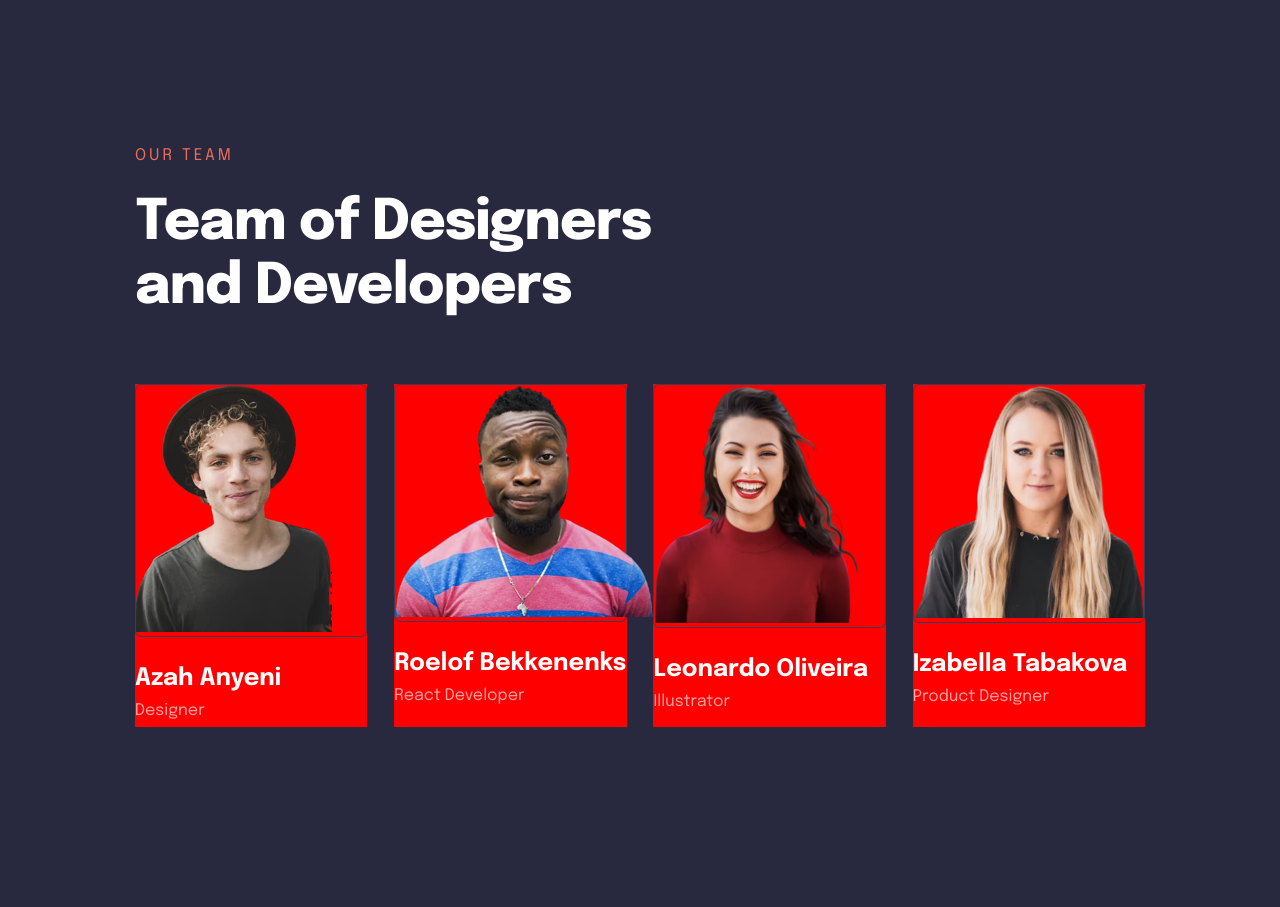
Repository: MehdiKerimov/Figma-task-10
Page: pages/teamPage/index.html
The author's editor kept a copy of each file at every save. The page is drawn from the files as they stood at one save, then again after the next save.
The browser window is 1280 px wide. The pictures show the whole page.

Above is the page before, as saved 2023-09-09 15:25:14.

### pages/teamPage/index.html
<!DOCTYPE html>
<html lang="en">
  <head>
    <meta charset="UTF-8" />
    <meta name="viewport" content="width=device-width, initial-scale=1.0" />
    <title>Document</title>
    <link rel="stylesheet" href="index.css" />
  </head>
  <body>
    <div class="container">
      <div class="text-box">
        <h1>Our Team</h1>
        <h2>Team of Designers and Developers</h2>
      </div>
      <ul>
        <li>
          <div>
            <img src="/images/Bitmap.png" alt="" />
          </div>
          <p>Azah Anyeni</p>
          <a href="#">Designer</a>
        </li>

        <li>
          <div>
            <img src="/images/Bitmap (3).png" alt="" />

          </div>
          <p>Roelof Bekkenenks</p>
          <a href="#">React Developer</a>
        </li>

        <li>
          <div>
            <img src="/images/Bitmap (4).png" alt="" />

          </div>
          <p>Leonardo Oliveira</p>
          <a href="#">Illustrator</a>
        </li>
        <li>
          <div>          <img src="/images/Bitmap (5).png" alt="" />
          </div>
          <p>Izabella Tabakova</p>

          <a href="#">Product Designer</a>
        </li>
      </ul>
    </div>
  </body>
</html>

### pages/teamPage/index.css
@import url("https://fonts.googleapis.com/css2?family=Epilogue:wght@400;700;800&display=swap");
* {
  padding: 0px;
  margin: 0px;
  box-sizing: border-box;
}
.container {
  padding: 140px 135px 180px 135px;
  min-height: 100vh;
  background: #28293e;
}
.container .text-box h1 {
  color: var(--Text_Light_Accent, #ef6d58);
  font-feature-settings: "clig" off, "liga" off;
  font-family: Epilogue;
  font-size: 16px;
  font-style: normal;
  font-weight: 400;
  line-height: 32px;
  letter-spacing: 3px;
  text-transform: uppercase;
}
.container .text-box h2 {
  margin-top: 20px;
  width: 531px;
  color: var(--Text_Light, #fff);
  font-feature-settings: "clig" off, "liga" off;
  font-family: Epilogue;
  font-size: 56px;
  font-style: normal;
  font-weight: 800;
  line-height: 64px;
  letter-spacing: -1px;
}
.container ul {
  display: flex;
  justify-content: space-between;
}
.container ul li {
  width: 23%;
  margin-top: 64px;
  list-style-type: none;
  background-color: red;
}
.container ul li:first-child img {
  width: 196px;
  height: 247px;
}
.container ul li:first-child img {
}
  .container ul li:first-child img {
  }
    .container ul li:first-child img {
    }

.container ul li div{
  width: 100%;
  border-radius: 6px;
border: 1px solid #3A3C56;
}
.container ul li p {
  margin-top: 26px;
  color: var(--Text_Light, #fff);
  font-feature-settings: "clig" off, "liga" off;
  font-family: Epilogue;
  font-size: 24px;
  font-style: normal;
  font-weight: 700;
  line-height: 32px;
}
.container ul li a {
  text-decoration: none;
  color: var(--Text_Light_Gray, rgba(255, 255, 255, 0.64));
  font-feature-settings: "clig" off, "liga" off;
  font-family: Epilogue;
  font-size: 16px;
  font-style: normal;
  font-weight: 400;
  line-height: 32px;
}

After the next save:
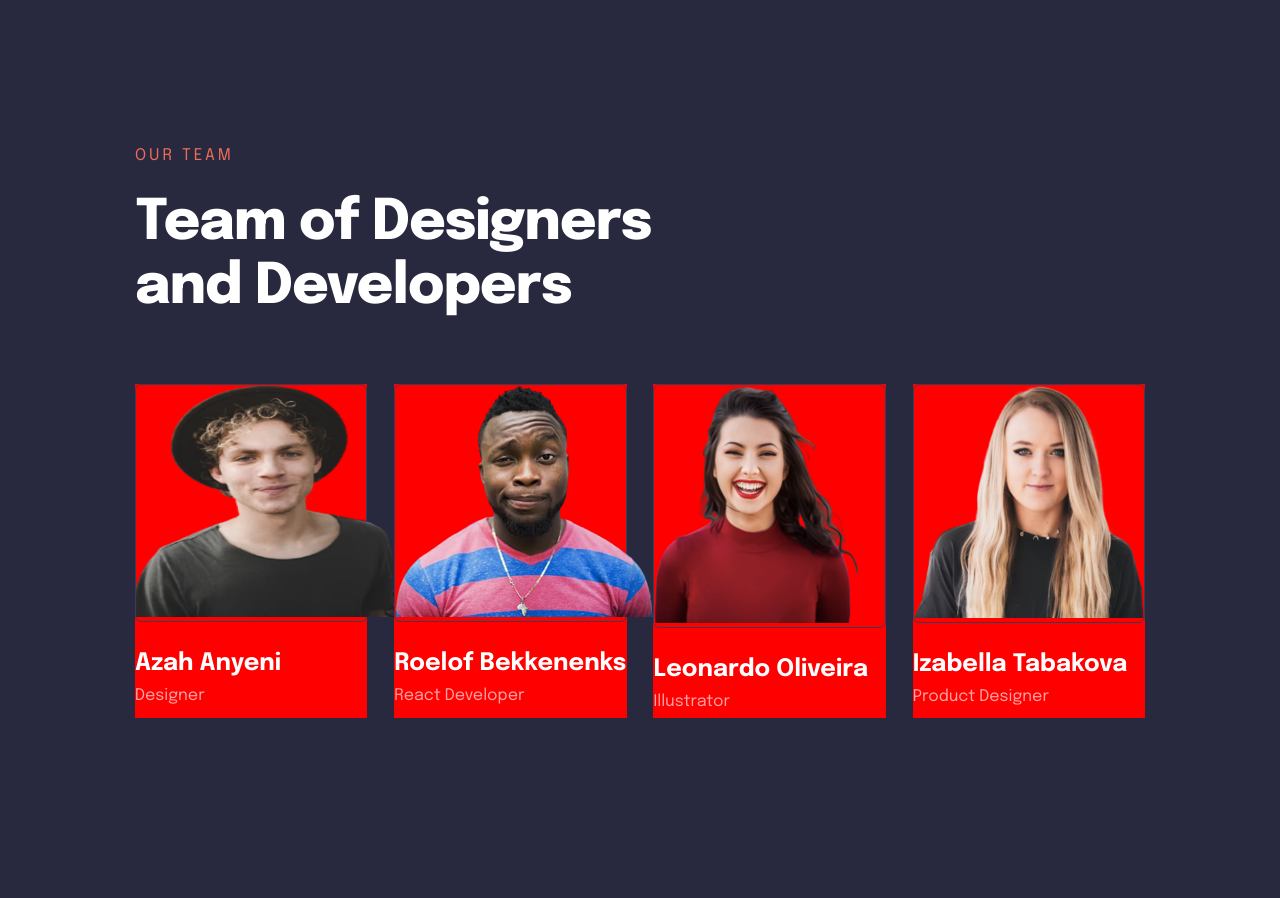
Saved 20 s later.
--- a/pages/teamPage/index.css
+++ b/pages/teamPage/index.css
@@ -47,6 +47,8 @@
   height: 247px;
 }
 .container ul li:first-child img {
+  width: 259px;
+  height: 232px;
 }
   .container ul li:first-child img {
   }

After the 3 saves that followed:
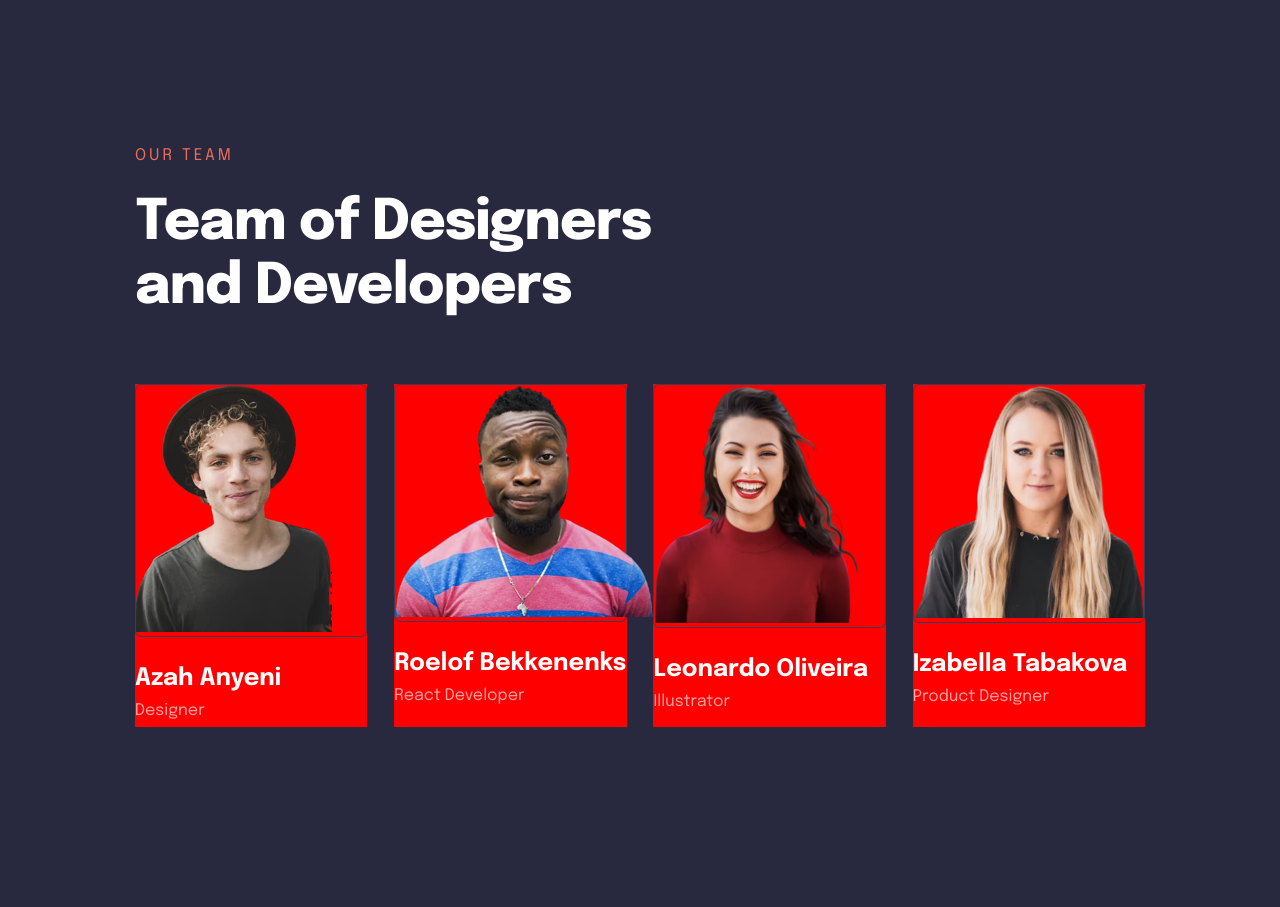
The 3 saves are shown as one change because 1 left the picture as it was and some came seconds apart.
The last was saved 15 s later.
--- a/pages/teamPage/index.css
+++ b/pages/teamPage/index.css
@@ -46,19 +46,19 @@
   width: 196px;
   height: 247px;
 }
-.container ul li:first-child img {
+.container ul li:nth-child(2) img {
   width: 259px;
   height: 232px;
 }
-  .container ul li:first-child img {
-  }
-    .container ul li:first-child img {
-    }
+.container ul li:first-child img {
+}
+.container ul li:last-child img {
+}
 
-.container ul li div{
+.container ul li div {
   width: 100%;
   border-radius: 6px;
-border: 1px solid #3A3C56;
+  border: 1px solid #3a3c56;
 }
 .container ul li p {
   margin-top: 26px;
